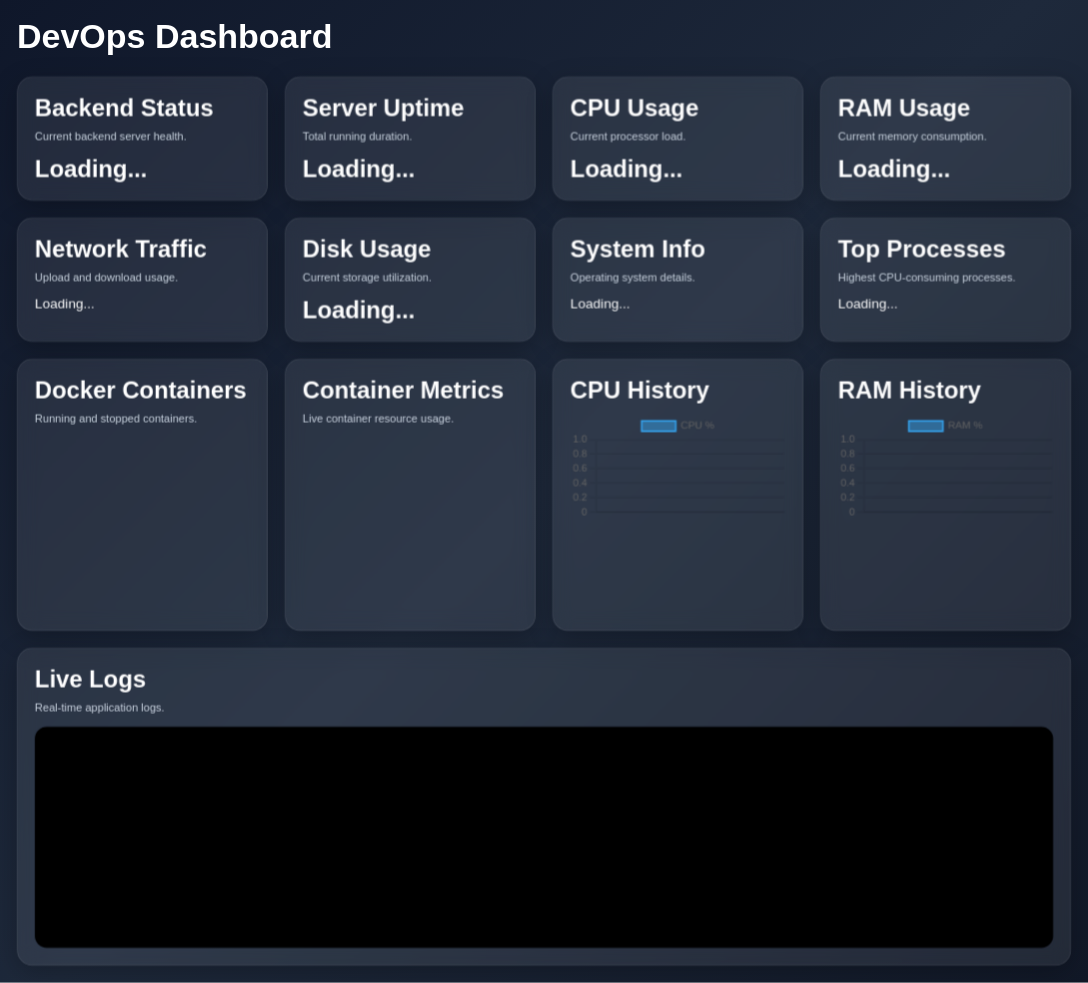
Repository: manoj-991/devops-dashboard
Page: frontend/index.html
An editor plug-in stored every save of this project. The page is shown before and after the next save, followed by the edit.
The browser window is 1280 px wide. The pictures show the whole page, at 85% of full size.
The page's requests for data from a server got no answer.

Above is the page before, as saved 2026-05-24 00:11:03.

After the next save:
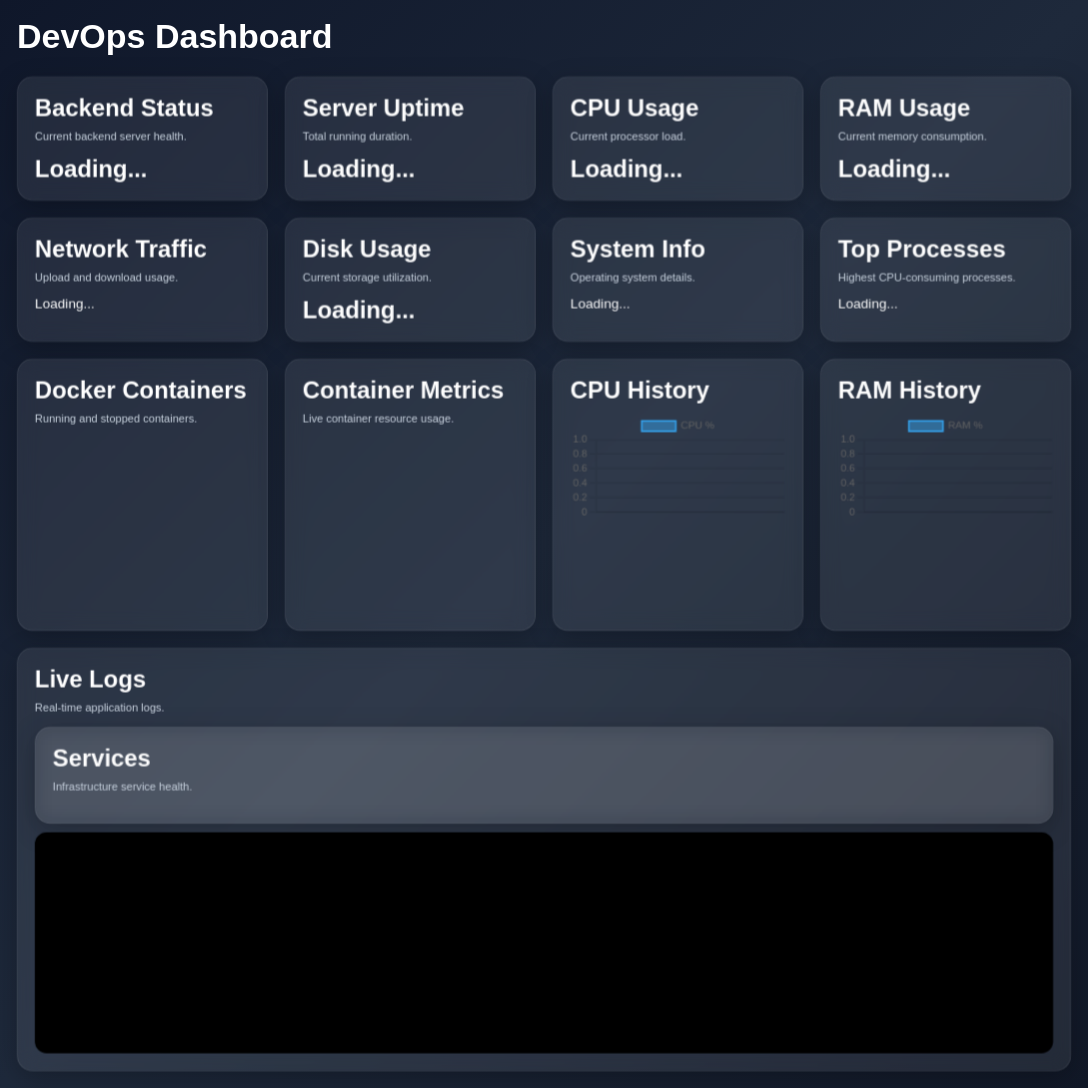
Saved 27 min 22 s later.
--- a/frontend/index.html
+++ b/frontend/index.html
@@ -137,7 +137,18 @@
             <div class="description">
                 Real-time application logs.
             </div>
+<div class="card">
 
+    <h2>Services</h2>
+
+    <div class="description">
+        Infrastructure service health.
+    </div>
+
+    <div id="services">
+    </div>
+
+</div>
             <div id="logs" class="logs-box">
             </div>
         </div>

After the save that followed:
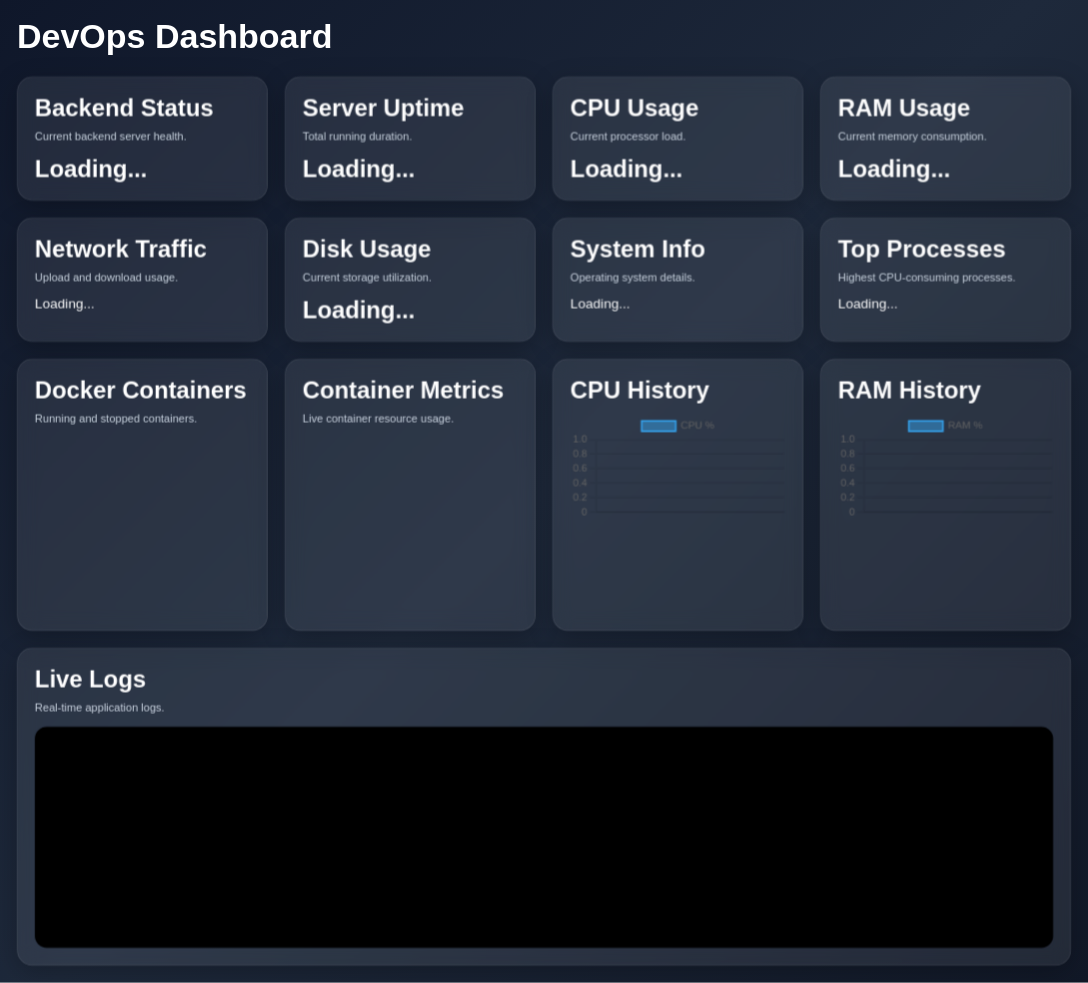
Saved 20 s later.
--- a/frontend/index.html
+++ b/frontend/index.html
@@ -137,18 +137,7 @@
             <div class="description">
                 Real-time application logs.
             </div>
-<div class="card">
 
-    <h2>Services</h2>
-
-    <div class="description">
-        Infrastructure service health.
-    </div>
-
-    <div id="services">
-    </div>
-
-</div>
             <div id="logs" class="logs-box">
             </div>
         </div>
